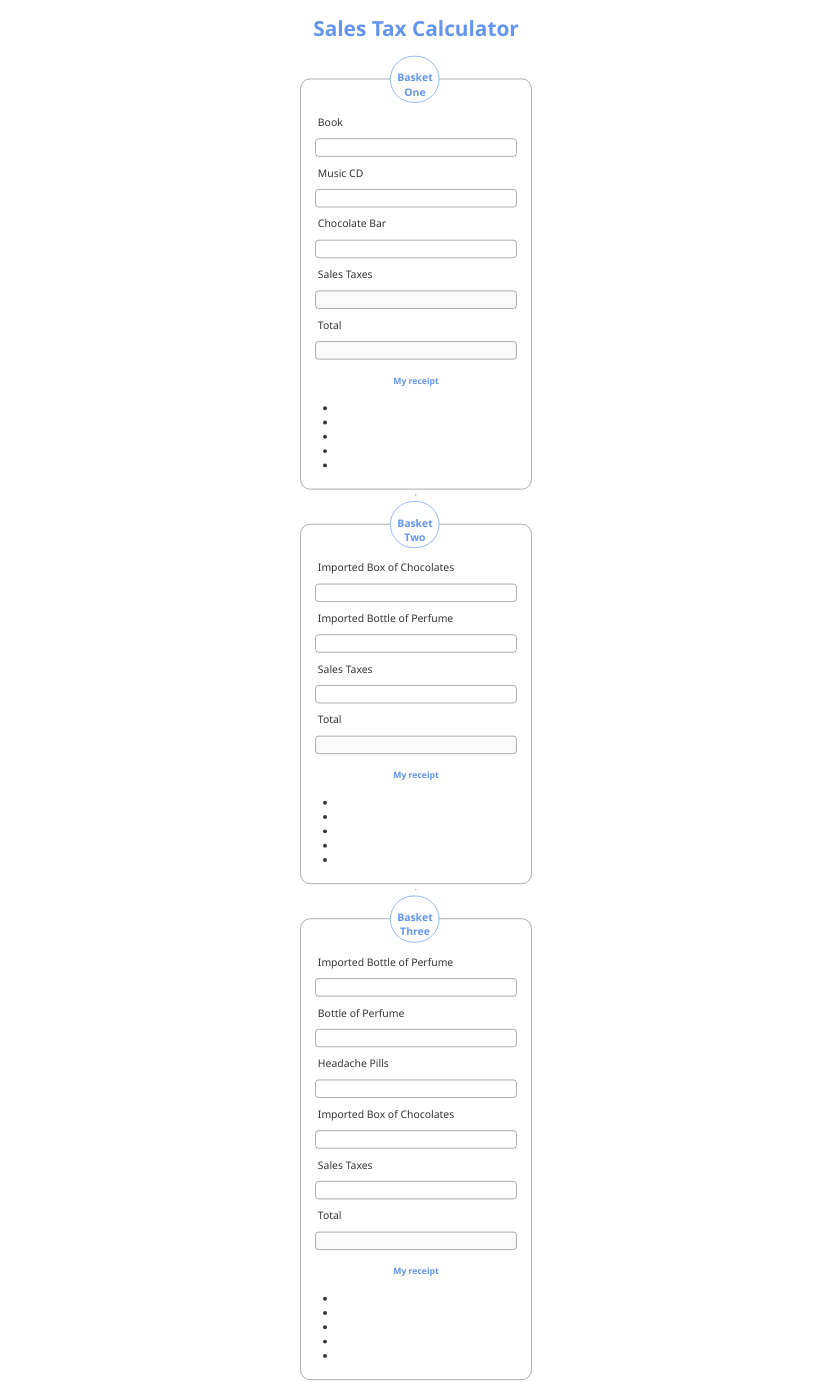
Repository: duzzisantos/sales-tax
Page: index.html
An editor plug-in stored every save of this project. The page is shown before and after the next save, followed by the edit.
The browser window is 1280 px wide. The pictures show the whole page, at 65% of full size.

Above is the page before, as saved 2022-05-25 21:50:00.

### index.html
<!DOCTYPE html>
<html lang="en">

<head>
    <meta charset="UTF-8">
    <meta http-equiv="X-UA-Compatible" content="IE=edge">
    <meta name="viewport" content="width=device-width, initial-scale=1.0">
    <link href="style.css" rel="stylesheet">
    <title>Sales Tax Calculator</title>
</head>

<body>
    <h1>Sales Tax Calculator</h1>
    <section id="container">
        <fieldset>
            <legend>
                <h4>Basket One</h4>
            </legend>
            <label for="book">Book</label>
            <input id="book" type="number" name="book" onchange="basketOne()" />
            <label for="musicCD">Music CD</label>
            <input id="musicCD" type="number" name="musicCD" onchange="basketOne()" />
            <label for="chocolateBar">Chocolate Bar</label>
            <input id="chocolateBar" type="number" name="chocolateBar" onchange="basketOne()" />
            <label for="sales-taxes">Sales Taxes</label>
            <input id="sales-taxes" type="number" name="sales-taxes" onchange="basketOne()" disabled />
            <label for="total">Total</label>
            <input id="total" type="number" name="total" onchange="basketOne()" disabled />

            <h5>My receipt</h5>
            <ul class="listOne">
                <li></li>
                <li></li>
                <li></li>
                <li></li>
                <li></li>
            </ul>
        </fieldset>
        <hr>

        <fieldset>
            <legend>
                <h4>Basket Two</h4>
            </legend>
            <label for="imported-box-chocolate">Imported Box of Chocolates</label>
            <input id="imported-box-chocolate" type="number" name="imported-box-chocolate" onchange="basketTwo()" />
            <label for="imported-perfume">Imported Bottle of Perfume</label>
            <input id="imported-perfume" type="number" name="imported-perfume" onchange="basketTwo()" />

            <label for="sales-taxes2">Sales Taxes</label>
            <input id="sales-taxes2" type="number" name="sales-taxes2" onchange="basketTwo()" />
            <label for="total">Total</label>
            <input disabled id="total2" type="number" name="total2" onchange="basketTwo()" />

            <h5>My receipt</h5>
            <ul class="listOne">
                <li></li>
                <li></li>
                <li></li>
                <li></li>
                <li></li>
            </ul>
        </fieldset>
        <hr>

        <fieldset>
            <legend>
                <h4>Basket Three</h4>
            </legend>
            <label for="imported-perfume2">Imported Bottle of Perfume</label>
            <input id="imported-perfume2" type="number" name="imported-perfume2" onchange="basketThree()" />
            <label for="bottle-perfume">Bottle of Perfume</label>
            <input id="bottle-perfume" type="number" name="bottle-perfume" onchange="basketThree()" />
            <label for="pills">Headache Pills</label>
            <input id="pills" type="number" name="pills" onchange="basketThree()" />
            <label for="imported-box-chocolate2">Imported Box of Chocolates</label>
            <input id="imported-box-chocolate2" type="number" name="imported-box-chocolate2" onchange="basketThree()" />
            <label for=" sales-taxes3">Sales Taxes</label>
            <input id="sales-taxes3" type="number" name="sales-taxes3" onchange="basketThree()" />
            <label for="total3">Total</label>
            <input disabled id="total3" type="number" name="total3" onchange="basketThree()" />

            <h5>My receipt</h5>
            <ul class="listOne">
                <li></li>
                <li></li>
                <li></li>
                <li></li>
                <li></li>
            </ul>
        </fieldset>
    </section>
</body>
<script src="first.js"></script>
<script src="second.js"></script>
<script src="third.js"></script>
<script src="index.js"></script>

</html>

### style.css
*{
    color: rgb(0,0,0,0.8);
    font-family: 'Segoe UI', Tahoma, Geneva, Verdana, sans-serif;
}

#container{
    display: flex;
    flex-direction: column;
    align-items: center;
    justify-content: center;
    bottom: 0;
}

fieldset{
    height: fit-content;
    width: 20%;
    border: 1px solid grey;
    border-radius: 15px;
}

legend{
    height: 70px;
    width: 70px;
    border: 1px solid cornflowerblue;
    border-radius: 50px;
    margin-left: 38%;
}

legend h4, h5, h1{
    text-align: center;
    color: cornflowerblue;
}
label, input{
    display: block;
    margin: 10px;
    padding: 4px;
}

input{
    width: 300px;
    border-radius: 5px;
    border: 1px solid grey;
}

### first.js
//Variables for tax rate
let taxFree = 0;
let basicTax = 10;
let importDuty = 5;

//imported basic taxable items attract an extra non-negotiable tax rate of 5%, therefore 10% + 5% = 15%
let basicPlusImportDuty = basicTax + importDuty;

//An app that computes the first basket of goods
const basketOne = () => {
  let book = document.getElementById("book").value;
  let musicCD = document.getElementById("musicCD").value;
  let chocolateBar = document.getElementById("chocolateBar").value;

  // The plus sign is used in front of every variable to indicate to JavaScript that they are numerical values
  // Without this, they would become concatenated strings

  //these are the sums of the items and their taxes
  let bookPlusTax = +taxFree * +book + +book;
  let musicCDPlusTax = (basicTax * +musicCD) / 100 + +musicCD;
  let chocolateBarPlusTax = +taxFree * +chocolateBar + +chocolateBar;

  //this computes the total price paid by the customer
  let netPayment = +bookPlusTax + +musicCDPlusTax + +chocolateBarPlusTax;
  document.getElementById("total").value = netPayment.toFixed(2);

  //this computes the total sales tax generated
  let totalTaxes =
    bookPlusTax -
    book +
    (musicCDPlusTax - musicCD) +
    (chocolateBarPlusTax - chocolateBar);

  //Math.ceil and toFixed method helps us round up to the nearest 0.05
  document.getElementById("sales-taxes").value = (
    Math.ceil(totalTaxes * 20) / 20
  ).toFixed(2);
};

### second.js
//Variables for tax rate
let basicTax2 = 10;
let importDuty2 = 5;

//imported basic taxable items attract an extra non-negotiable tax rate of 5%, therefore 10% + 5% = 15%
let basicPlusImportDuty2 = basicTax2 + importDuty2;

//An app that computes the second basket of goods
const basketTwo = () => {
  let importedChocolate = document.getElementById(
    "imported-box-chocolate"
  ).value;
  let importedPerfume2 = document.getElementById("imported-perfume").value;

  // The plus sign is used in front of every variable to indicate to JavaScript that they are numerical values
  // Without this, they would become concatenated strings

  //these are the sums of the imported items and their taxes
  let importedChocolatePlusTax =
    (importDuty2 * +importedChocolate) / 100 + +importedChocolate;
  let importedPerfume2PlusTax =
    (basicPlusImportDuty2 * +importedPerfume2) / 100 + +importedPerfume2;

  //Math.ceil and toFixed method helps us round up to the nearest 0.05
  //this computes the total price paid by the customer
  let netPayment = +importedChocolatePlusTax + +importedPerfume2PlusTax;
  document.getElementById("total2").value = (
    Math.ceil(netPayment * 20) / 20
  ).toFixed(2);

  //this computes the total sales tax generated
  let totalTaxes =
    (importDuty2 * +importedChocolate) / 100 +
    (basicPlusImportDuty2 * +importedPerfume2) / 100;
  document.getElementById("sales-taxes2").value = (
    Math.ceil(totalTaxes * 20) / 20
  ).toFixed(2);
};

### third.js
//Variables for tax rate
let taxFree3 = 0;
let basicTax3 = 10;
let importDuty3 = 5;
let basicPlusImportDuty3 = basicTax3 + importDuty3;


//App that computes the third basket of goods
const basketThree = () => {
    let importedPerfume2 = document.getElementById("imported-perfume2").value;
    let bottlePerfume = document.getElementById("bottle-perfume").value;
    let pills = document.getElementById("pills").value;
    let importedChocolate2 = document.getElementById("imported-box-chocolate2").value;


    //    // The plus sign is used in front of every variable to indicate to JavaScript that they are numerical values
     // Without this, they would become concatenated strings

    //these are the sums of the imported items and their taxes
    let importedPerfume2PlusTax = (basicPlusImportDuty3 * +importedPerfume2) / 100 + +importedPerfume2;
    let bottlePerfumePlusTax =
      (basicTax3 * +bottlePerfume) / 100 + +bottlePerfume;
    let pillsPlusTax = (taxFree3 * +pills) + +pills;
    let importedChocolate2PlusTax =
      (importDuty3 * +importedChocolate2) / 100 + +importedChocolate2;

    //Math.ceil and toFixed method helps us round up to the nearest 0.05
    //This computes the prices plus their taxes
    let netPayment =
      importedPerfume2PlusTax +
      bottlePerfumePlusTax +
      pillsPlusTax +
      importedChocolate2PlusTax;
    document.getElementById("total3").value = (Math.ceil(netPayment * 20) / 20).toFixed(2);

    //this computes the total taxes generated from selling basket three
    let totalTaxes =
      importedPerfume2PlusTax -
      importedPerfume2 +
      (bottlePerfumePlusTax - bottlePerfume) +
      (pillsPlusTax - pills) +
      (importedChocolate2PlusTax - importedChocolate2);

    document.getElementById("sales-taxes3").value = (
        Math.ceil(totalTaxes * 20) / 20
      ).toFixed(2);
  };

### index.js
//This is responsible for the DOM Manipulation
//This helps the user to display a simple receipt

After the next save:
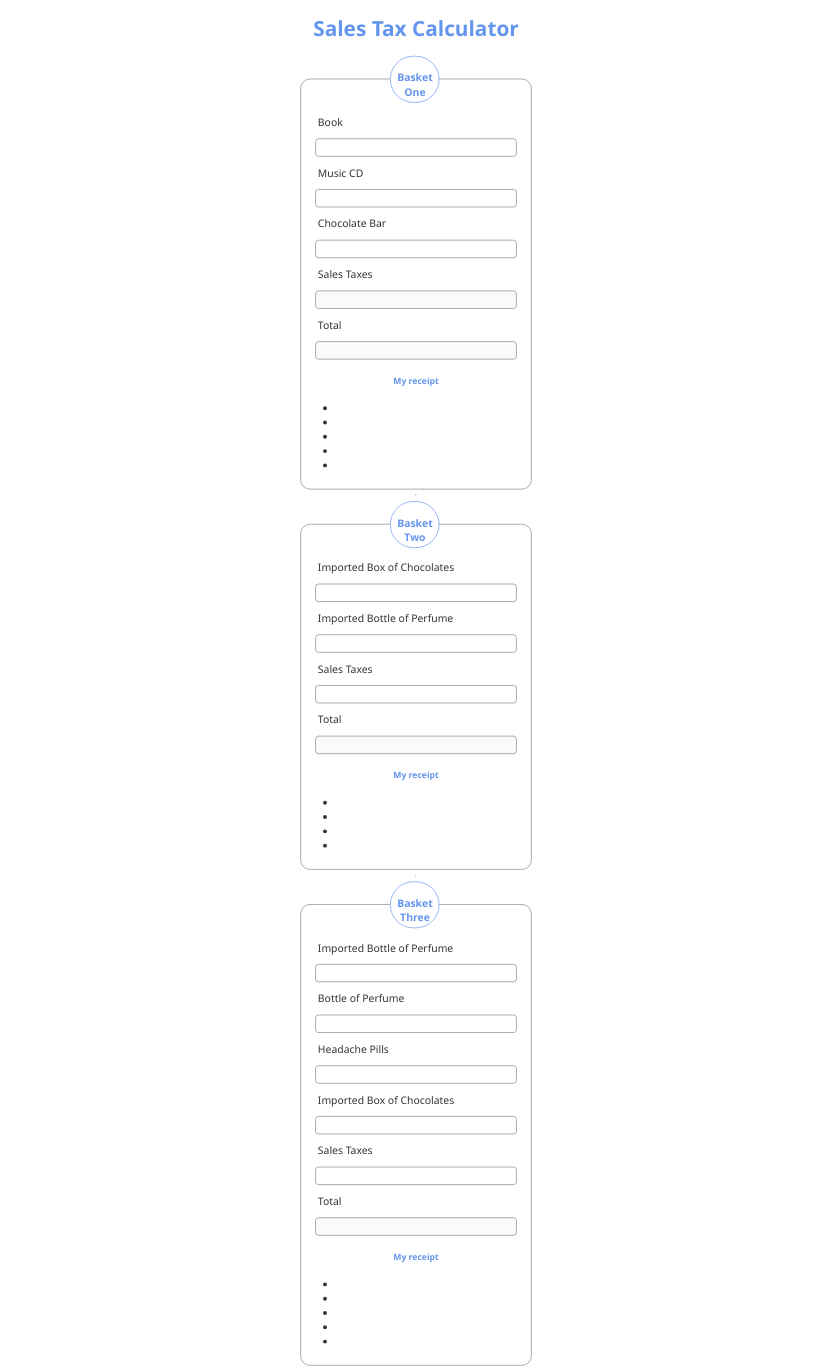
Saved 2 min 25 s later.
--- a/index.html
+++ b/index.html
@@ -58,7 +58,6 @@
                 <li></li>
                 <li></li>
                 <li></li>
-                <li></li>
             </ul>
         </fieldset>
         <hr>
